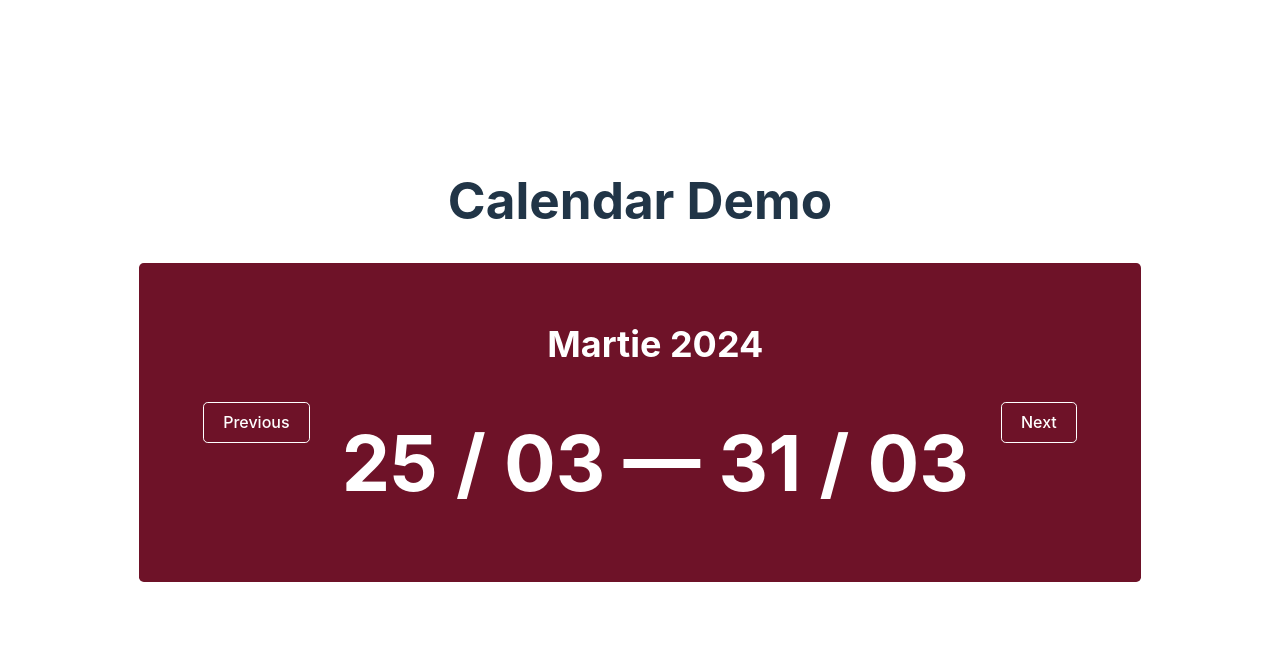
Repository: Maryie-B/weekly-calendar-scheduler
Page: /
These files come from the project's save history. The page is drawn as it stood at one moment and after the next save; the edit follows.
The browser window is 1280 px wide. The pictures show the whole page.
The project was rebuilt for these pictures with package versions that can differ from the ones it lists, and the page was loaded fresh each time. Also part of the build but not shown: vite.config.js.

Above is the page before, as saved 2024-03-26 14:29:38.

After the next save:
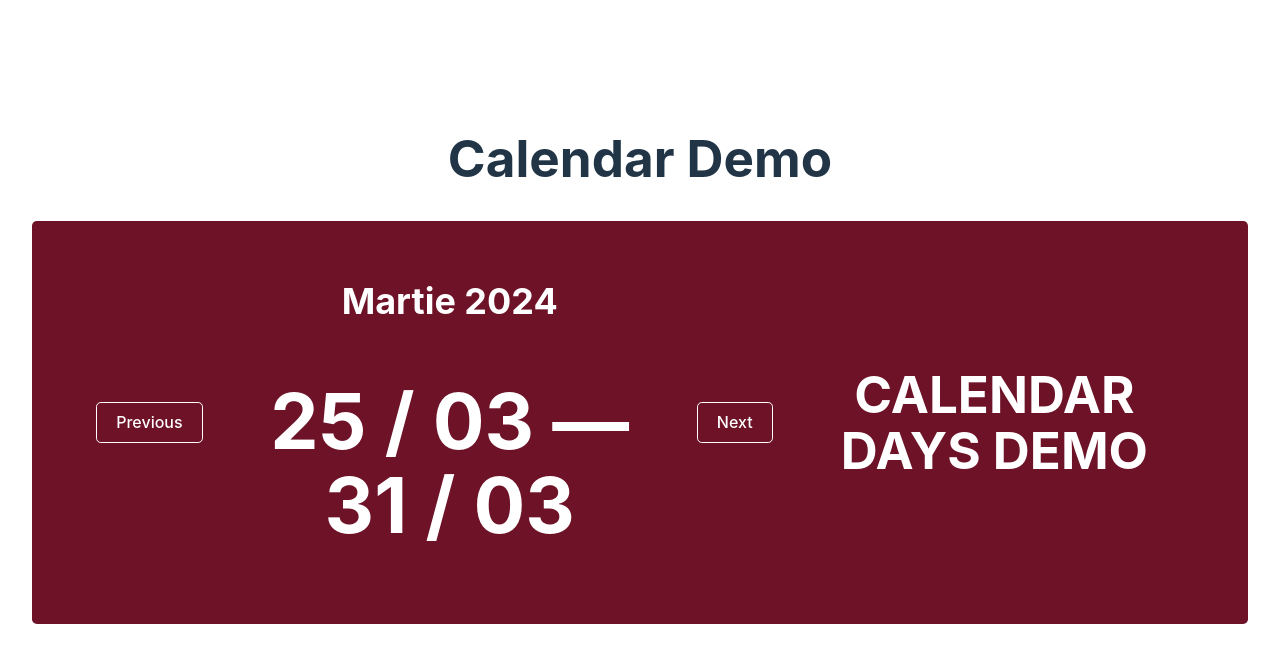
Saved 49 s later.
--- a/src/App.jsx
+++ b/src/App.jsx
@@ -1,5 +1,6 @@
 import './App.css'
-import Calendar from './Calendar'
+import CalendarHeader from './CalendarHeader'
+import CalendarDays from './CalendarDays'
 
 function App() {
 
@@ -8,8 +9,8 @@ function App() {
       <h1>Calendar Demo</h1>
       <div className='calendar-wrapper'>
 
-        <Calendar />
-
+        <CalendarHeader />
+        <CalendarDays />
       </div>
     </>
   )
